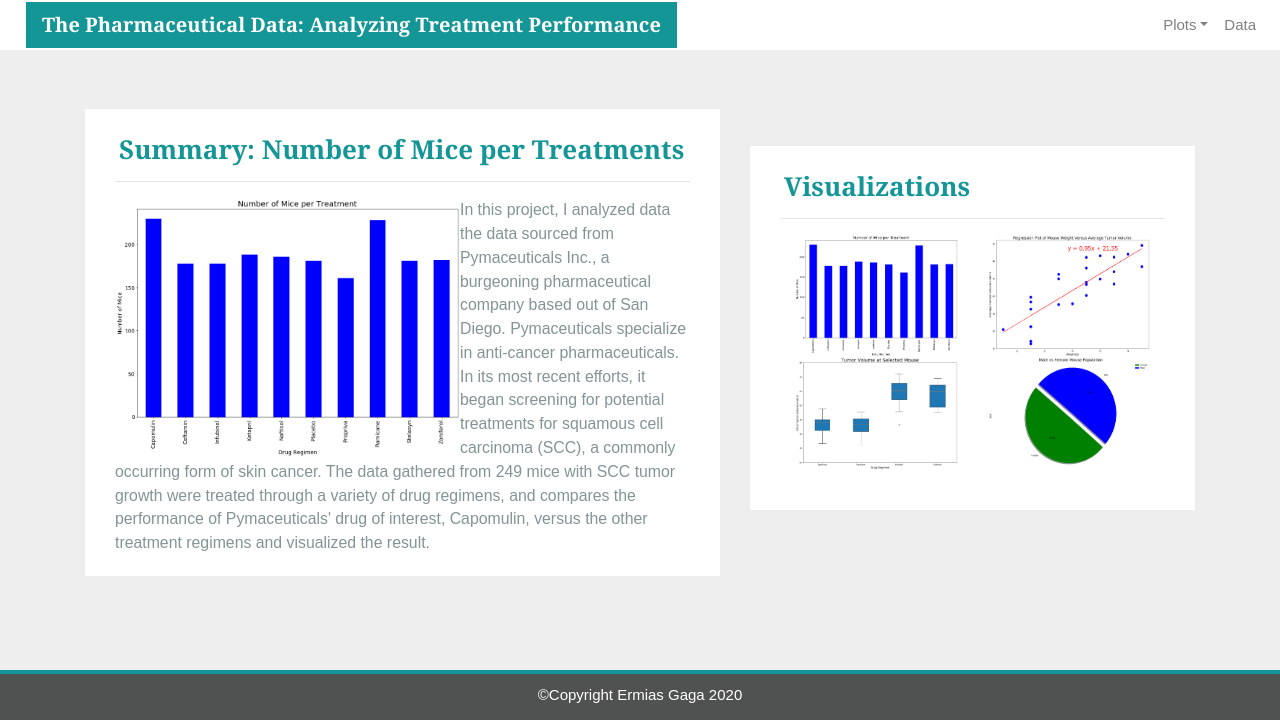
Repository: ermiasgelaye/ermiasgelaye.github.io
Page: Matplotlib-Challenge/index.html
An editor plug-in stored every save of this project. The page is shown before and after the next save, followed by the edit.
The browser window is 1280 px wide. The pictures show the whole page.
Some web libraries are served in a nearby version.

Above is the page before, as saved 2020-08-02 23:46:39.

After the next save:
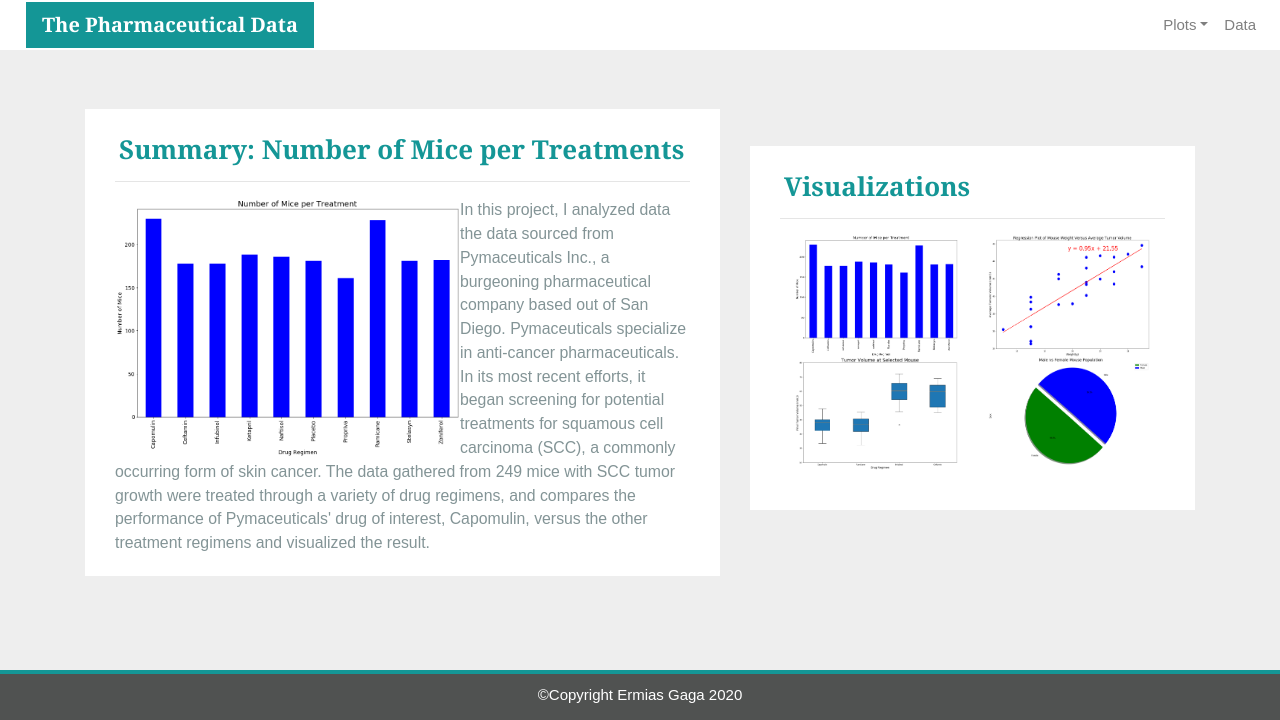
Saved 8 s later.
--- a/Matplotlib-Challenge/index.html
+++ b/Matplotlib-Challenge/index.html
@@ -18,7 +18,7 @@
     <!-- Start of navbar -->
 	<div class="navigation">
 <nav class="navbar fixed-top navbar-expand-lg navbar-light">
-  <a class="navbar-brand" href="index.html">The Pharmaceutical Data: Analyzing Treatment Performance</a>
+  <a class="navbar-brand" href="index.html">The Pharmaceutical Data</a>
         <button class="navbar-toggler border" type="button" data-toggle="collapse" data-target="#navbarNavDropdown" aria-controls="navbarNavDropdown" aria-expanded="false" aria-label="Toggle navigation">
           <span class="navbar-toggler-icon"></span>
         </button>
